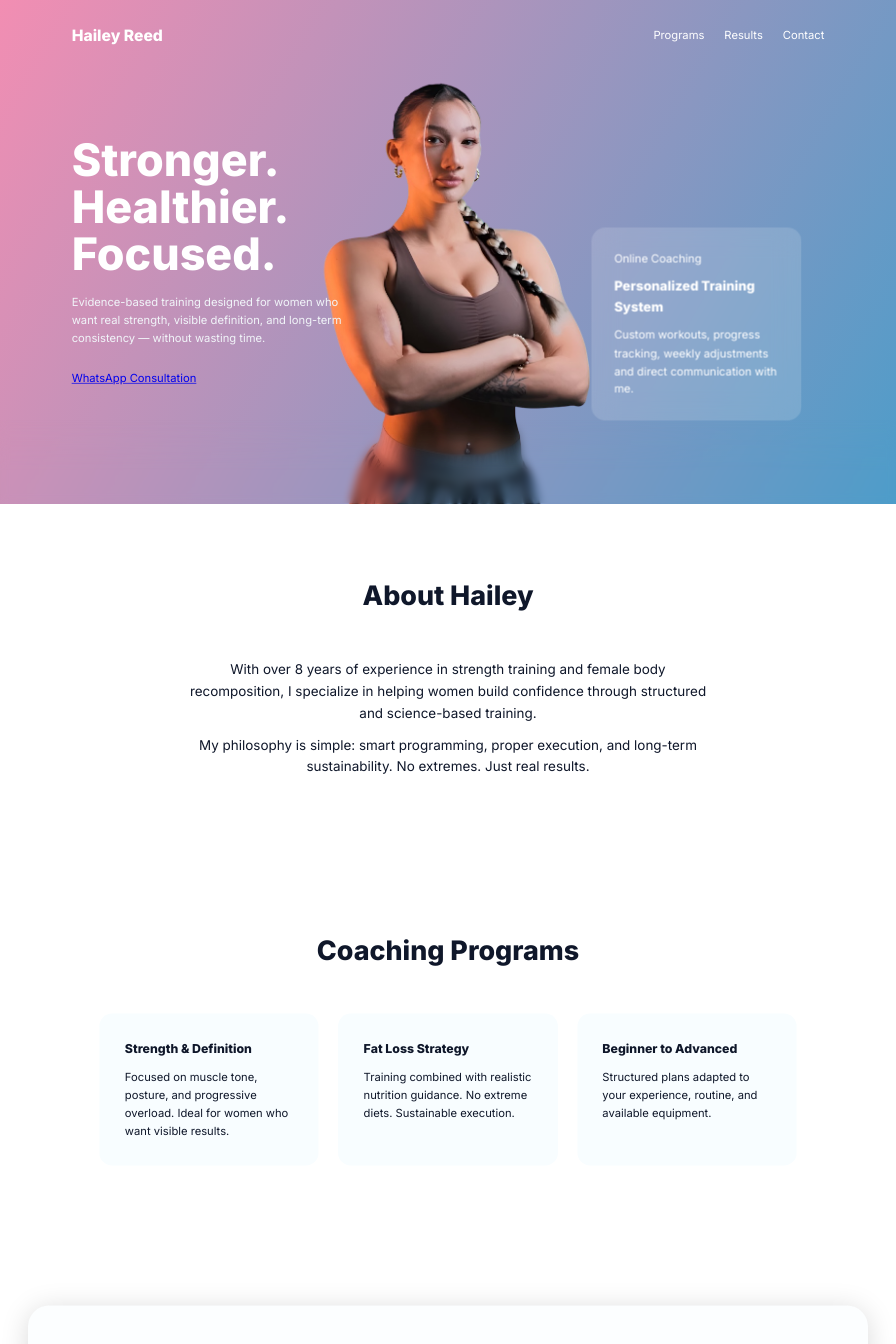
Repository: davidfsillva/Hailey-Reed-Coaching
Page: index.html
The author's editor kept a copy of each file at every save. The page is drawn from the files as they stood at one save, then again after a run of saves.
The browser window is 1280 px wide. The pictures show the part of the page from y = 0 to 1920 px (the page is 5221 px tall), at 70% of full size.

Above is the page before, as saved 2026-02-12 09:39:29.

After the next 3 saves:
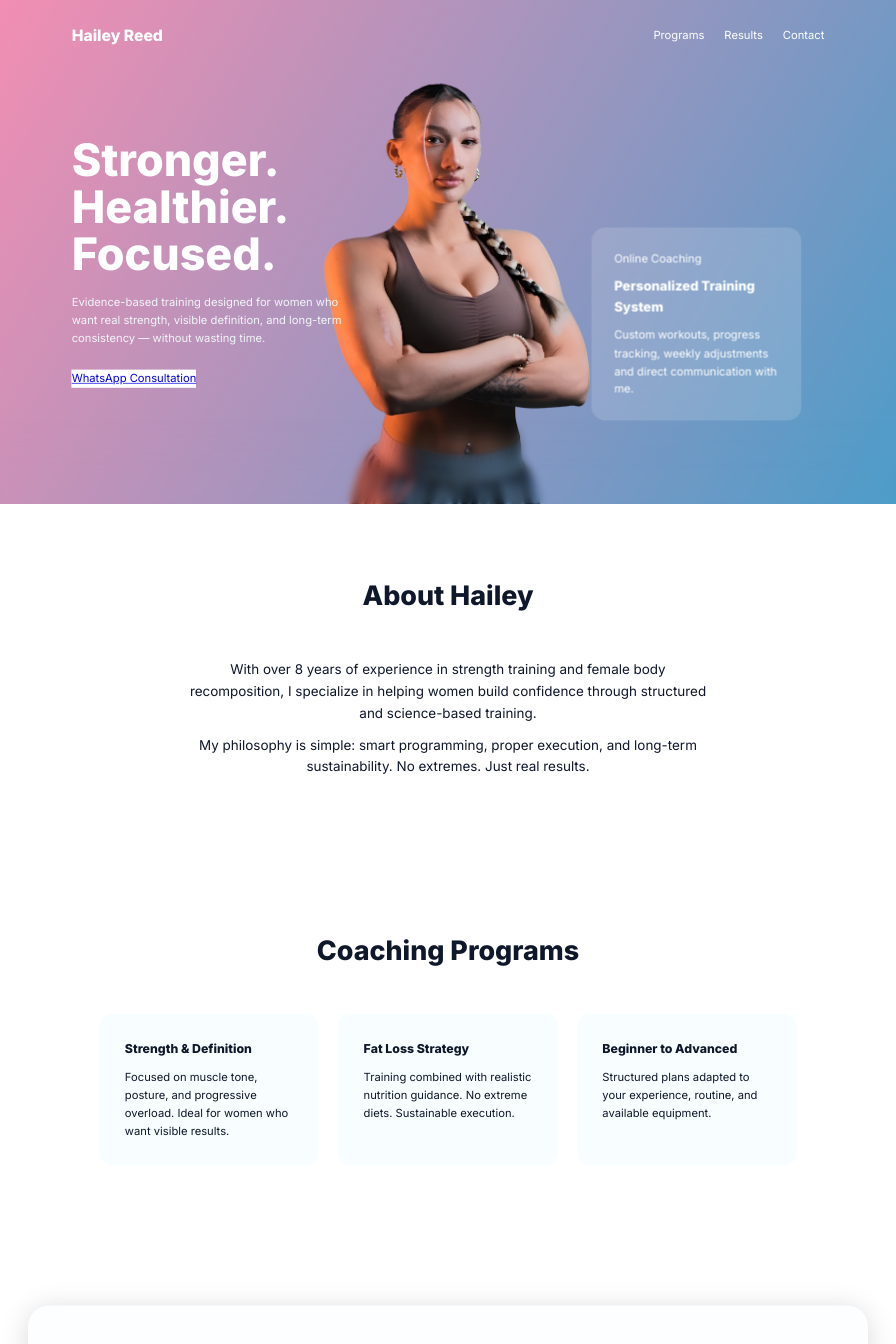
The 3 saves are shown as one change because they came seconds apart.
The last was saved 7 s later.
--- a/style.css
+++ b/style.css
@@ -113,7 +113,8 @@ body {
 }
 
 .whatsapp-btn {
-  background-color: ;
+  background-color: #ffffff;
+  bor
 }
 
 .btn.primary {
